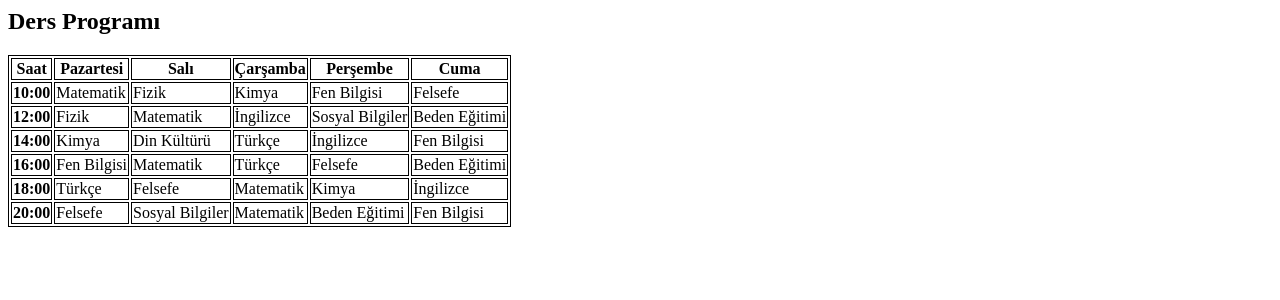
Repository: ahmetbugraozcan/css-ders-programi
Page: deneme.html
The author's editor kept a copy of each file at every save. The page is drawn from the files as they stood at one save, then again after the next save.
The browser window is 1280 px wide. The pictures show the whole page.

Above is the page before, as saved 2021-07-08 09:38:03.

### deneme.html
<html>

<head>
    <style>
        table,
        th,
        td {
            border: 1px solid black;
        }
    </style>
</head>

<body>
    <h2>Ders Programı</h2>
    <table>

        <tr>
            <th>Saat</th>
            <th>Pazartesi</th>
            <th>Salı</th>
            <th>Çarşamba</th>
            <th>Perşembe</th>
            <th>Cuma</th>

        </tr>
        <tr>
            <th>10:00</th>
            <td>Matematik</td>
            <td>Fizik</td>
            <td>Kimya</td>
            <td>Fen Bilgisi</td>
            <td>Felsefe</td>


        </tr>
        <tr>
            <th>12:00</th>
            <td>Fizik</td>
            <td>Matematik</td>
            <td>İngilizce</td>
            <td>Sosyal Bilgiler</td>
            <td>Beden Eğitimi</td>
        </tr>
        <tr>
            <th>14:00</th>
            <td>Kimya</td>
            <td>Din Kültürü</td>
            <td>Türkçe</td>
            <td>İngilizce</td>
            <td>Fen Bilgisi</td>
        </tr>
        <tr>
            <th>16:00</th>
            <td>Fen Bilgisi</td>
            <td>Matematik</td>
            <td>Türkçe</td>
            <td>Felsefe</td>
            <td>Beden Eğitimi</td>
        </tr>
        <tr>
            <th>18:00</th>
            <td>Türkçe</td>
            <td>Felsefe</td>
            <td>Matematik</td>
            <td>Kimya</td>
            <td>İngilizce</td>
        </tr>
        <tr>
            <th>20:00</th>
            <td>Felsefe</td>
            <td>Sosyal Bilgiler</td>
            <td>Matematik</td>
            <td>Beden Eğitimi</td>
            <td>Fen Bilgisi</td>
        </tr>

    </table>
</body>

</html>

After the next save:
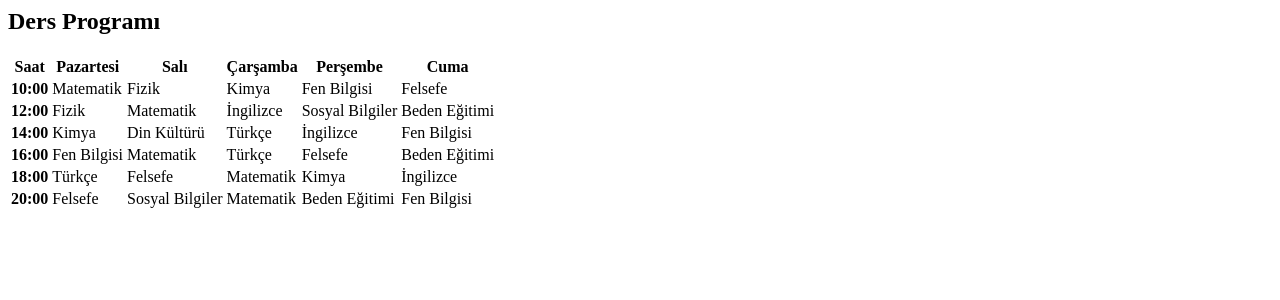
Saved 43 s later.
--- a/deneme.html
+++ b/deneme.html
@@ -2,11 +2,7 @@
 
 <head>
     <style>
-        table,
-        th,
-        td {
-            border: 1px solid black;
-        }
+
     </style>
 </head>
 
